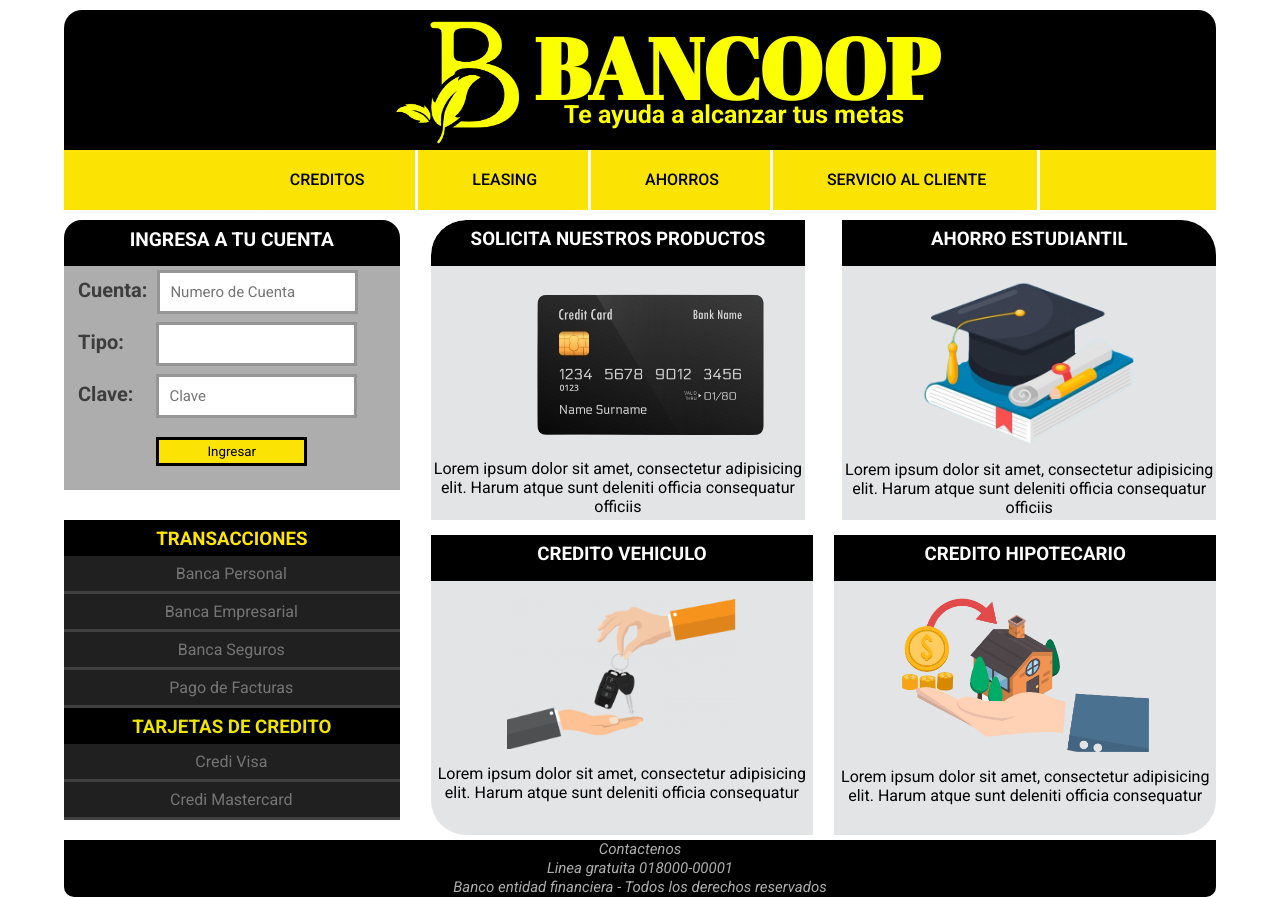
Repository: NickArregoces/BANCOOP
Page: Index.html
These files come from the project's save history. The page is drawn as it stood at one moment and after a run of saves; the edit follows.
The browser window is 1280 px wide. The pictures show the whole page.

Above is the page before, as saved 2021-10-15 16:13:29.

### Index.html
<!DOCTYPE html>
<html lang="en">
<head>
    <meta charset="UTF-8">
    <meta http-equiv="X-UA-Compatible" content="IE=edge">
    <meta name="viewport" content="width=device-width, initial-scale=1.0">
    <title>BANCOOP Home</title>
    <bgsound src="musica.mid"></bgsound>
    <link rel="stylesheet" href="/CSS/Style.css">
    <link href="https://fonts.googleapis.com/css2?family=Roboto:ital,wght@0,100;0,300;0,400;0,500;0,700;0,900;1,100;1,300;1,400;1,500;1,700;1,900&display=swap" rel="stylesheet">
    <link rel="preconnect" href="https://fonts.googleapis.com">
    <link rel="preconnect" href="https://fonts.gstatic.com" crossorigin>
    <link href="https://fonts.googleapis.com/css2?family=Abril+Fatface&display=swap" rel="stylesheet">

</head>
<body>
    <header>
            <div class="image">
                <img src="/Images/logo1.png" alt="logo">
            </div>
            <div class="title" >
                <h1>BANCOOP</h1>
                <h3>Te ayuda a alcanzar tus metas</h3>
            </div>

    </header>

    <nav class="barra"></nav>

            <div class="navegador">
                <ul class="menu">
                    <li><a href="/Creditos.html">Creditos</a></li>
                    <li><a href="/Leasing.html">leasing</a></li>
                    <li><a href="/Ahorros.html">Ahorros</a></li>
                    <li><a href="/Servicio.html">Servicio al cliente</a></li>
                </ul>
            </div>

            <div class="section">
                <form action="" class="login">
                    <h3 style="color: rgb(255, 255, 255);">INGRESA A TU CUENTA</h3>
                        <div class="cuenta">
                            <h4>Cuenta:<input type="number" placeholder="Numero de Cuenta" required></h4>
                        </div>

                        <div class="tipo">
                            <h4>Tipo:<input type="text" required></h4>
                        </div>

                        <div class="clave">
                            <h4>Clave:<input type="password" placeholder="Clave" required></h4>
                        </div>
                    <div class="center">
                        <button class="sumbit"> Ingresar </button>
                    </div>
                </form>

                <article class="opciones">
                    <h3 style="color: rgb(255, 230, 0);">TRANSACCIONES</h3>
                <ul>
                    <li><a href="#">Banca Personal</a></li>
                    <li><a href="#">Banca Empresarial</a></li>
                    <li><a href="#">Banca Seguros</a></li>
                    <li><a href="#">Pago de Facturas</a></li>
                </ul>
                    <h3 style="color: rgb(238, 230, 0);">TARJETAS DE CREDITO</h3>
                <ul>
                    <li><a href="#">Credi Visa</a></li>
                    <li><a href="#">Credi Mastercard</a></li>
                </ul>
                </article>
            </div>
            <div class="Contenido">
            <aside>
                    <div class="solicita">
                        <h3 style="color: rgb(255, 255, 255);">SOLICITA NUESTROS PRODUCTOS</h3>

                        <div id="Prueba">
                        <a href="/Creditos.html"></a><img id="Prubea" src="/Images/credit.png" alt="">
                        </div>

                        <p>Lorem ipsum dolor sit amet, consectetur adipisicing elit.
                            Harum atque sunt deleniti officia consequatur officiis</p>
                    </div>

                    <div class="ahorro">
                        <h3 style="color: rgb(255, 255, 255);">AHORRO ESTUDIANTIL</h3>

                        <div id="Prueba">
                        <img id="Prubea" src="/Images/Captura de pantalla 2021-10-04 181948.png" alt="">
                        </div>

                        <p>Lorem ipsum dolor sit amet, consectetur adipisicing elit.
                            Harum atque sunt deleniti officia consequatur officiis</p>
                    </div>

                    <div class="credito">
                        <h3 style="color: rgb(255, 255, 255);">CREDITO VEHICULO</h3>

                        <div id="Prueba">
                        <img id="Prubea" src="/Images/Captura de pantalla 2021-10-04 192824.png" alt="">
                        </div>

                        <p>Lorem ipsum dolor sit amet, consectetur adipisicing elit.
                            Harum atque sunt deleniti officia consequatur</p>
                    </div>
                    <div class="hipotecario">
                        <h3 style="color: rgb(255, 255, 255);">CREDITO HIPOTECARIO</h3>

                        <div id="Prueba">
                        <img id="Prubea" src="/Images/Wallpaper(80).jpg" alt="">
                        </div>

                        <p>Lorem ipsum dolor sit amet, consectetur adipisicing elit.
                            Harum atque sunt deleniti officia consequatur </p>
                    </div>
            </aside>
            </div>
            <footer>
                    <p>Contactenos</p>
                    <p>Linea gratuita 018000-00001</p>
                    <p>Banco entidad financiera
                    - Todos los derechos reservados</p>
            </footer>

        </div>

</body>
</html>

### CSS/Style.css

*{
    margin: 0 auto;
    padding: 0;
    list-style:none;
    font-family: 'Roboto', sans-serif;
}
body{
    background: rgb(255, 255, 255);
    width: 90%;
    color: rgb(0, 0, 0);
}
header{
    margin-top: 10px;
    background:rgb(0, 0, 0);
    border-top-left-radius:  18px;
    border-top-right-radius:  18px;
    height: 120px;
}
    /*Logo*/
    .image img{
        float: left;
        width: 130px;
        margin-left: 330px;
        margin-top: 5px;
        cursor: pointer;
    }
    .title h1{
        width: 400px;
        height: 90px;
        margin-left: 470px;
        font-family: 'Abril Fatface', cursive;
        font-size: 85px;
        color: rgb(251, 255, 0);
    }
    .title h3{
        width: 400px;
        margin-left: 470px;
        font-size: 25px;
        text-align: center;
        color: rgb(251, 255, 0);
    }

nav.barra{
    background: rgb(0, 0, 0);
    height: 20px;
}
div.navegador{
    background: rgb(251, 227, 3);
    justify-content: space-around;
    align-items: center;
    display:flex
}
    ul.menu{
        border-bottom-left-radius: 20px 20px;
        border-bottom-right-radius: 20px 20px;
        background: rgb(251, 227, 3);
        height: 60%;
        list-style: none;
        padding: 0;
    }
    .menu a{
        height: 20px;
        font-size: 100%;
        font-weight: 500;
        margin-right: 1px;
        text-transform: uppercase;
        text-decoration: none;
        color:black;
        padding: 20px;
        display: inline-block;
        transition: all 0.3s;
    }
    .menu li {
        border-right: solid white;
        display: inline-block;
        padding: 0px 30px;
        list-style: none;
        }
    .menu a:hover{
        background: #8d8405b6;
        color: white;
        border-radius: 10px;
        padding: 10px 18px;
        }

.section{
    width: 30%;
    float: left;
    display: flex;
    flex-flow: row wrap;
}
    /*Formulario Login*/
    form{
        background: rgb(173, 173, 173);
        border-top-left-radius: 18px;
        border-top-right-radius: 18px;
        margin-top: 10px;
        margin-right:10px;
        margin-bottom: 10px;
        width: 100%;
        height: 270px;
    }
        form h3{
            font-size: 120%;
            text-align: center;
            background: black;
            height: 30px;
            padding: 8px;
            border-top-left-radius: 18px;
            border-top-right-radius: 18px;
        }
        form h4{
            font-size: 20px;
            padding: 4px;
            margin-left: 10px;
            color: rgb(61, 61, 61);
        }
        form input{
            font-size: 15px;
            width: 55%;
            padding: 10px;
            display: inline;
            border: solid rgb(149, 149, 149);
            margin-left: 10px;
        }
        div.clave input {
            margin-left: 23px;
        }
        div.tipo input {
            margin-left: 32px;
        }
        div.center{
            margin-top: 10px;
            margin: auto;
            text-align: center;
            width: 50%;
            cursor: pointer;
        }
        button{
            margin-top: 15px;
            width: 90%;
            padding: 4px;
            background: rgb(251, 227, 3);
            border: solid black;
            cursor: pointer;
        }
        button:hover{
            background: #000000;
            color: rgb(251, 227, 3);
            border-radius: 8px;
        }
    /*Menu lateral*/
    article {
        width: 100%;
        height: 300px;
        background: rgb(32, 32, 32);
        margin-top: 20px;
        margin-right:10px;
        margin-bottom: 10px;
    }
        article h3{
            text-align: center;
            padding: 8px;
            height: 20px;
            background: black;
        }
        .opciones li a{
            font-size: 16px;
            margin-right: 1px;
            text-align: center;
            text-decoration: none;
            color:rgb(117, 117, 117);
            padding: 8px;
            display: inline-block;
        }
        .opciones li {
            border-bottom: solid rgba(68, 68, 68, 0.897);
            text-align: center;
            display:inline-flexbox;
            }
        .opciones li a:hover{
            background: #242323b6;
            color: rgb(251, 227, 3);
            padding: 10px;
            }

    /*Servicios*/

aside{
    width: 69%;
    height: 610px;
    margin-top: 10px;
    float: right;
    margin-bottom: 10px;
}
    div.solicita{
        width: 47%;
        height: 300px;
        float: left;
        border-top-left-radius: 35px;
        margin-left: 10px;
        background: #e3e4e5;
        text-align:center;
        overflow:hidden;
    }
    /*Centrado Imagenes aside*/
    #Prueba{
        display: flex;
        align-items: center;
        justify-content: center;
    }
        div.solicita img {
            width: 65%;
            margin-top: 15px;
            margin-bottom: 15px;
            cursor:pointer;
        }
        /*Efecto Imagenes aside*/
        aside img:hover{
            -webkit-transform:scale(1.1);
            transform:scale(1.1);
        }
        div.solicita h3{
            text-align: center;
            background: black;
            height: 30px;
            padding: 8px;
            border-top-left-radius: 35px;
        }
        div.solicita p{
            display: inline-block;
            text-align: center;
        }

    div.ahorro {
        width: 47%;
        height: 300px;
        float: right;
        border-top-right-radius: 35px;
        margin-left: 10px;
        background: #e3e4e5;
    }
        div.ahorro img {
            width: 57%;
            margin-top: 15px;
            margin-bottom: 15px;
            cursor:pointer;
        }
        div.ahorro h3{
            text-align: center;
            background: black;
            height: 30px;
            padding: 8px;
            border-top-right-radius: 35px;
        }
        div.ahorro p{
            display: inline-block;
            text-align: center;
        }

    div.credito {
        width: 48%;
        height: 300px;
        float: left;
        margin-top: 15px;
        border-bottom-left-radius: 35px;
        margin-left: 10px;
        background: #e3e4e5;
    }
        div.credito img {
            width: 60%;
            margin-top: 15px;
            margin-bottom: 15px;
            cursor:pointer;
        }
        div.credito h3{
            text-align: center;
            background: black;
            height: 30px;
            padding: 8px;
        }
        div.credito p{
            display: inline-block;
            text-align: center;
        }

    div.hipotecario {
        width: 48%;
        height: 300px;
        float: right;
        border-top-right-radius: 35px;
        border-bottom-right-radius: 35px;
        margin-top: 15px;
        background: #e3e4e5;
        }
            div.hipotecario img {
                width: 65%;
                margin-top: 15px;
                margin-bottom: 15px;
                cursor:pointer;
            }
            div.hipotecario h3{
                text-align: center;
                background: black;
                height: 30px;
                padding: 8px;
            }
            div.hipotecario p{
                display: inline-block;
                text-align: center;
            }

    /*Pie de Pagina*/
footer{
    background: black;
    clear: both;
    border-bottom-left-radius: 10px;
    border-bottom-right-radius: 10px;
}
    footer p{
        font-size: 15px;
        text-align: center;
        line-height: 15px;
        color: rgb(175, 174, 174);
        font-style:italic;
        padding: 2px;
    }

After the next 2 saves:
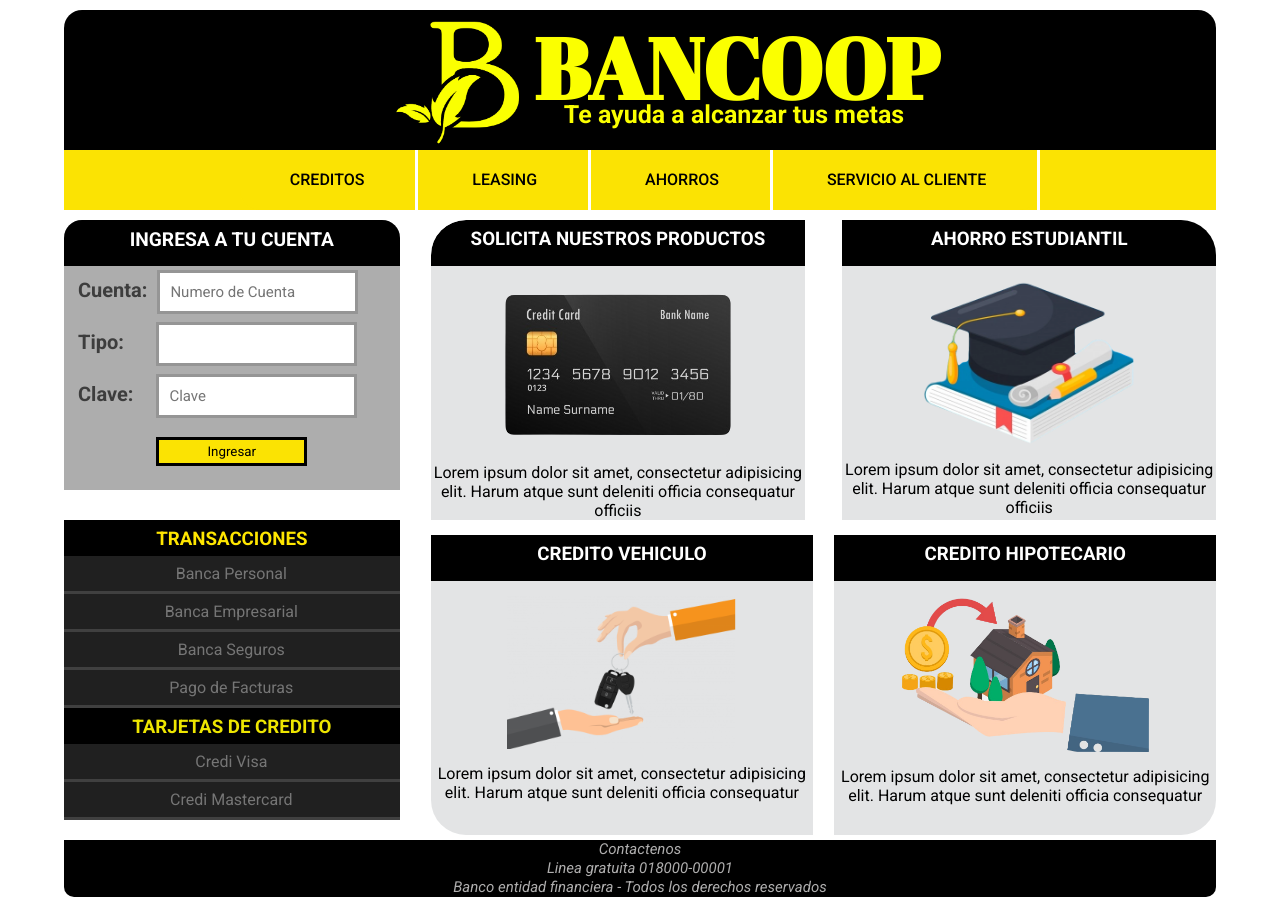
The 2 saves are shown as one change because they came seconds apart.
The last was saved 11 s later.
--- a/Index.html
+++ b/Index.html
@@ -76,7 +76,7 @@
                         <h3 style="color: rgb(255, 255, 255);">SOLICITA NUESTROS PRODUCTOS</h3>
 
                         <div id="Prueba">
-                        <a href="/Creditos.html"></a><img id="Prubea" src="/Images/credit.png" alt="">
+                        <a href="/Creditos.html"><img id="Prubea" src="/Images/credit.png" alt=""></a>
                         </div>
 
                         <p>Lorem ipsum dolor sit amet, consectetur adipisicing elit.
